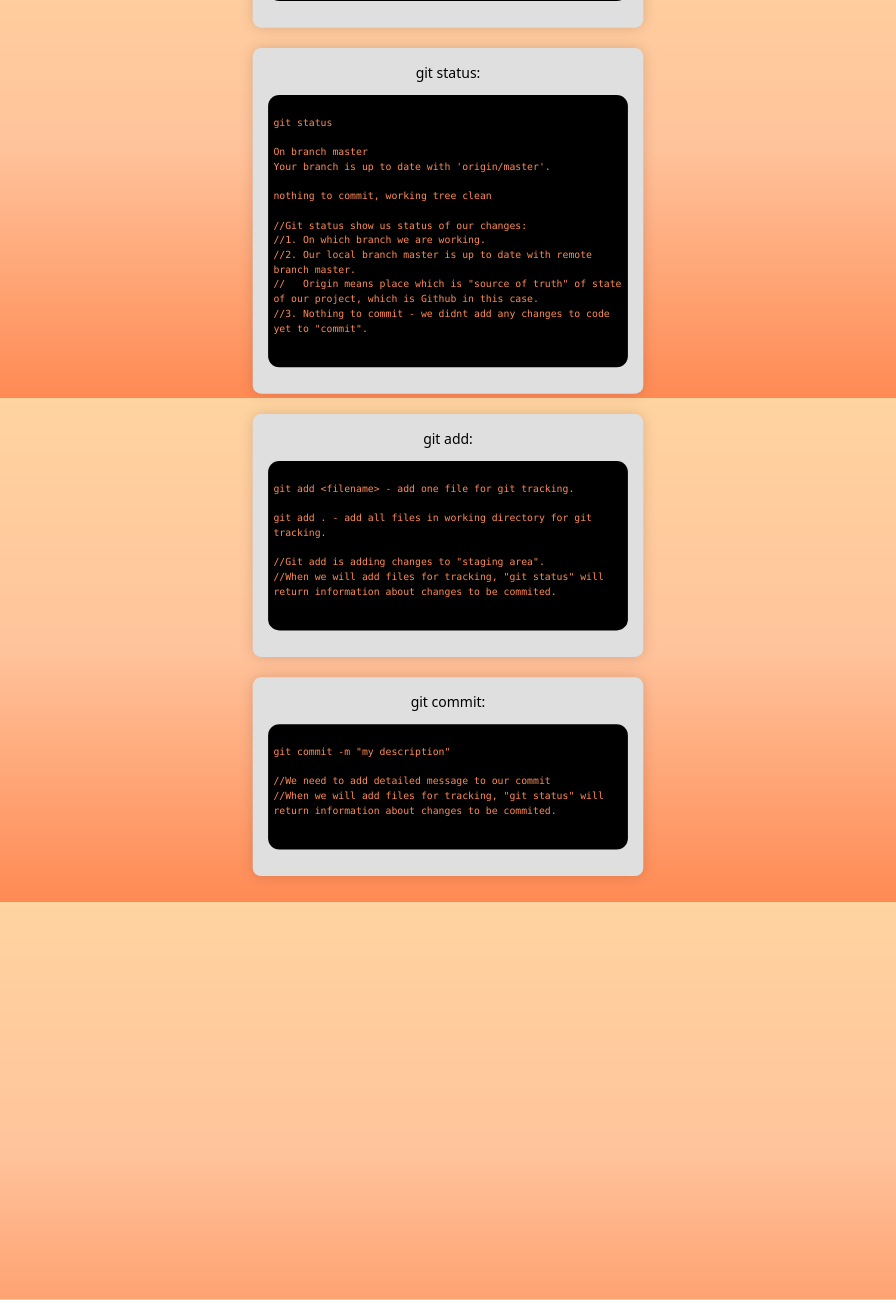
Repository: michalgornicki/git
Page: /
The author's editor kept a copy of each file at every save. The page is drawn from the files as they stood at one save, then again after a run of saves.
The browser window is 1280 px wide. The pictures show the part of the page from y = 871 to 2791 px (the page is 2728 px tall before and 2791 px after), at 70% of full size.
Backgrounds fixed to the window are drawn as part of the page. The project was rebuilt for these pictures with package versions that can differ from the ones it lists, and the page was loaded fresh each time. Imported but missing from the stored project, and not drawn on this page: src/components/DOM manipulation.jsx, src/components/async.jsx, src/components/loops.jsx, src/components/numbers.jsx, src/components/variables.jsx, src/components/window.jsx.

Above is the page before, as saved 2022-02-10 08:19:51.

### src/App.jsx
import React from "react";
import "./App.css";
import "bootstrap/dist/css/bootstrap.min.css";
import { Route, HashRouter as Router, Routes, Link } from "react-router-dom";
import Arrays from "./components/arrays.jsx"
import Variables from "./components/variables.jsx"
import Numbers from "./components/numbers.jsx"
import Loops from "./components/loops.jsx"
import Async from "./components/async.jsx"
import DOM from "./components/DOM manipulation.jsx"
import Window from "./components/window.jsx"

function App() {


  return (


    <Router>
    <div className="text-center">
      <div className="display-1 mt-1 mb-5 text-white">Git repeat course</div>

      <div className="h3 d-flex w-75 m-auto my-5 justify-content-evenly flex-wrap text-white">

      <Link className="link-style mx-3" to="/">Basics</Link>
      <Link className="link-style mx-3" to="/Numbers"></Link>
      <Link className="link-style mx-3" to="/Variables"></Link>
      <Link className="link-style mx-3" to="/Loops"></Link>
      <Link className="link-style mx-3" to="/Async"></Link>
      <Link className="link-style mx-3" to="/DOM"></Link>
      <Link className="link-style mx-3" to="/Window"></Link>


      </div>

      <Routes>
          <Route path="/" element={<Arrays />} />
          <Route path="/Numbers" element={<Numbers />} />
          <Route path="/Variables" element={<Variables />} />
          <Route path="/Loops" element={<Loops />} />
          <Route path="/Async" element={<Async />} />
          <Route path="/DOM" element={<DOM />} />
          <Route path="/Window" element={<Window />} />
        </Routes>


    </div>
    </Router>
  );
}

export default App;

### src/App.css
@import url('https://fonts.googleapis.com/css2?family=Catamaran:wght@400&display=swap');

body{
    font-family: 'Catamaran', sans-serif;
    overflow-x: hidden;
    padding-bottom: 80vh;
    height: auto;
    background: linear-gradient(rgb(255, 212, 160), rgb(255, 195, 155), rgb(255, 138, 84));
    background-attachment: fixed;
}

.js-item{
    color:rgb(0, 0, 0);
    font-size: 1.25rem;
    background-color: rgb(223, 223, 223);
    transition: 0.2s;
    padding: 3vh;
    margin-bottom: 4vh!important;
    width: 50%;
    margin-left: auto;
    margin-right: auto;
    box-shadow: 0px 0px 20px rgba(0, 0, 0, 0.15);
    border-radius: 0.75rem;
}

.js-item:hover{
    cursor: pointer;
    background-color: rgb(240, 240, 240);
}

.text-pink{
    padding: 0.5rem;
    margin-top: 1rem;
    margin-bottom: 1rem;
    color:rgb(255, 138, 84)!important;
    font-size: 1rem;
    border-radius: 1rem;
    text-align: left;
    background-color: black;
}

pre {
    white-space: pre-wrap;       /* css-3 */
    white-space: -moz-pre-wrap;  /* Mozilla, since 1999 */
    white-space: -pre-wrap;      /* Opera 4-6 */
    white-space: -o-pre-wrap;    /* Opera 7 */
    word-wrap: break-word;       /* Internet Explorer 5.5+ */
   }

.link-style{
    color: inherit;
    text-decoration: inherit;
}

.link-style:hover{
    color: rgb(255, 138, 84);
}

@media only screen and (max-device-width: 600px), (max-width: 600px) {

    .js-item{
        width: 95%;
    }

}

### src/components/arrays.jsx
const Arrays = () => {

  return (
    <div className="container">
      <div className="js-item">
        {" "}
        <div className="">Setup: </div>
        <div className="text-pink">
          <pre>{`
First you should:
1. Install git from git website:
https://git-scm.com/book/en/v2/Getting-Started-Installing-Git
2. Signup for Github account (or similar alternative like Gitlab) and create new repository.

If you use Microsoft Visual Studio Code (which i recommend) you can skip first point, because it have git built-in.
You can control git using terminal.
          `}</pre>
          </div>
      </div>
      <div className="js-item">
        {" "}
        <div className="">git clone: </div>
        <div className="text-pink">
          <pre>{`
git clone https://github.com/michalgornicki/react.git

//Cloning repo will download all of the project's code and metadata from source.
          `}</pre>
          </div>
      </div>

      <div className="js-item">
        {" "}
        <div className="">git status: </div>
        <div className="text-pink">
          <pre>{`
git status

On branch master
Your branch is up to date with 'origin/master'.

nothing to commit, working tree clean

//Git status show us status of our changes:
//1. On which branch we are working.
//2. Our local branch master is up to date with remote branch master.
//   Origin means place which is "source of truth" of state of our project, which is Github in this case.
//3. Nothing to commit - we didnt add any changes to code yet to "commit".
          `}</pre>
          </div>
      </div>
      <div className="js-item">
        {" "}
        <div className="">git add: </div>
        <div className="text-pink">
          <pre>{`
git add <filename> - add one file for git tracking.

git add . - add all files in working directory for git tracking.

//Git add is adding changes to "staging area".
//When we will add files for tracking, "git status" will return information about changes to be commited.
          `}</pre>
          </div>
      </div>

      <div className="js-item">
        {" "}
        <div className="">git commit: </div>
        <div className="text-pink">
          <pre>{`
git commit -m "my description"

//We need to add detailed message to our commit
//When we will add files for tracking, "git status" will return information about changes to be commited.
          `}</pre>
          </div>
      </div>

      </div>
  );
};

export default Arrays;

Loaded but not shown: public/index.html (common file); src/index.js (common file); src/index.css (common file); src/reportWebVitals.js (common file)

After the next 5 saves:
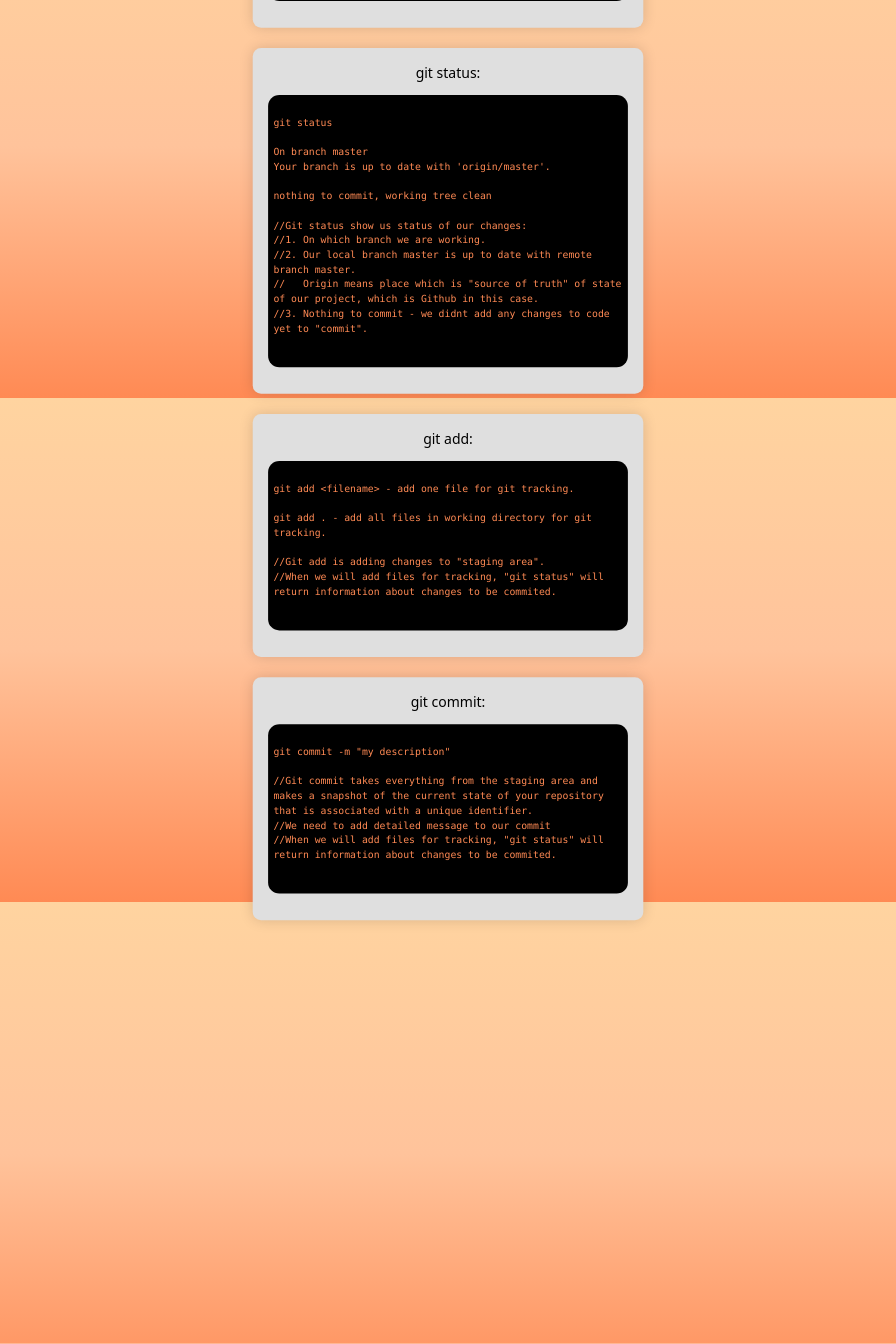
The 5 saves are shown as one change because they came seconds apart.
The last was saved 2 min 15 s later.
--- a/src/components/arrays.jsx
+++ b/src/components/arrays.jsx
@@ -71,6 +71,7 @@ git add . - add all files in working directory for git tracking.
           <pre>{`
 git commit -m "my description"
 
+//Git commit takes everything from the staging area and makes a snapshot of the current state of your repository that is associated with a unique identifier.
 //We need to add detailed message to our commit
 //When we will add files for tracking, "git status" will return information about changes to be commited.
           `}</pre>
